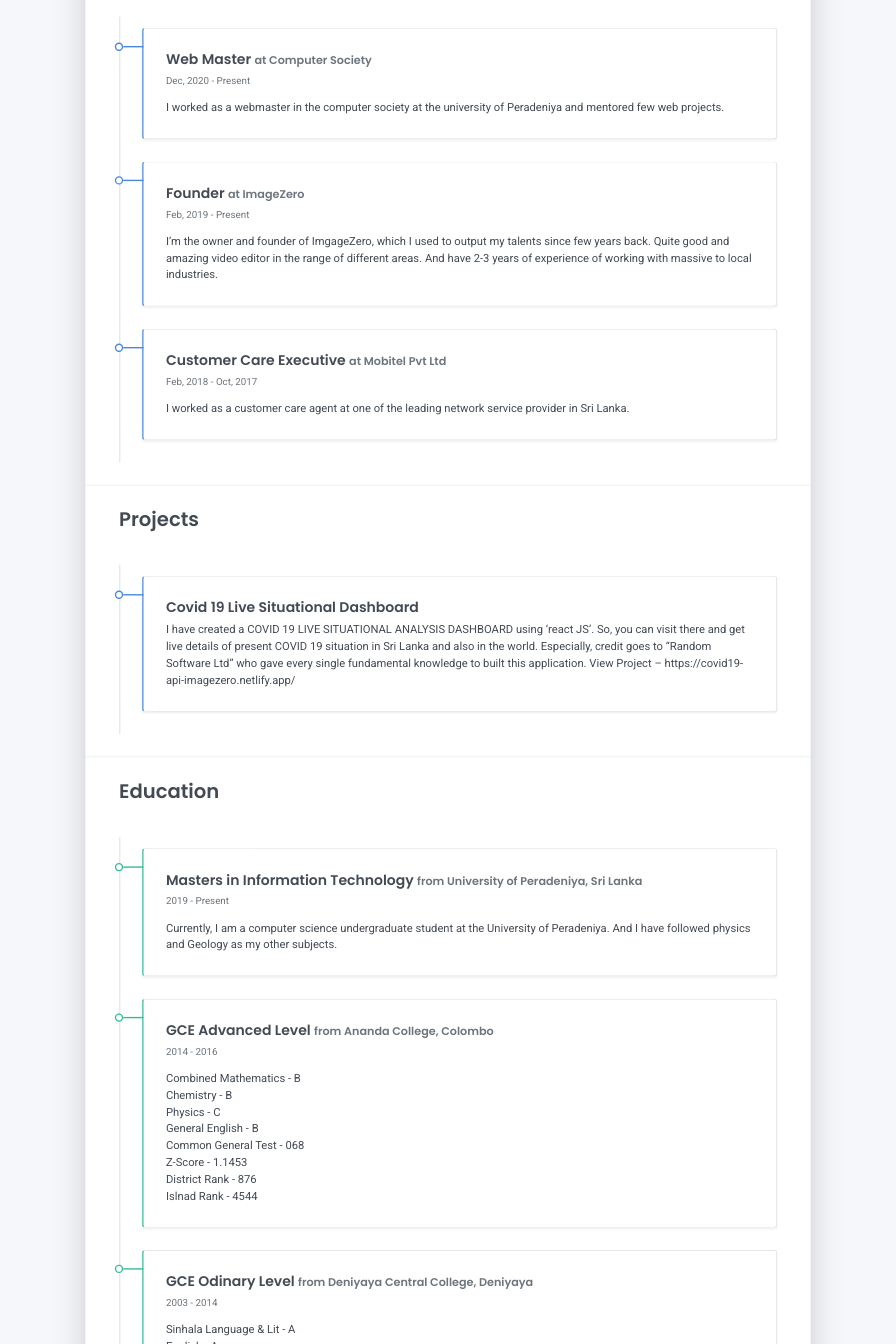
Repository: virangaj/resume
Page: index.html
The author's editor kept a copy of each file at every save. The page is drawn from the files as they stood at one save, then again after the next save.
The browser window is 1280 px wide. The pictures show the part of the page from y = 1294 to 3214 px (the page is 4281 px tall), at 70% of full size.

Above is the page before, as saved 2021-08-31 19:58:19.

After the next save:
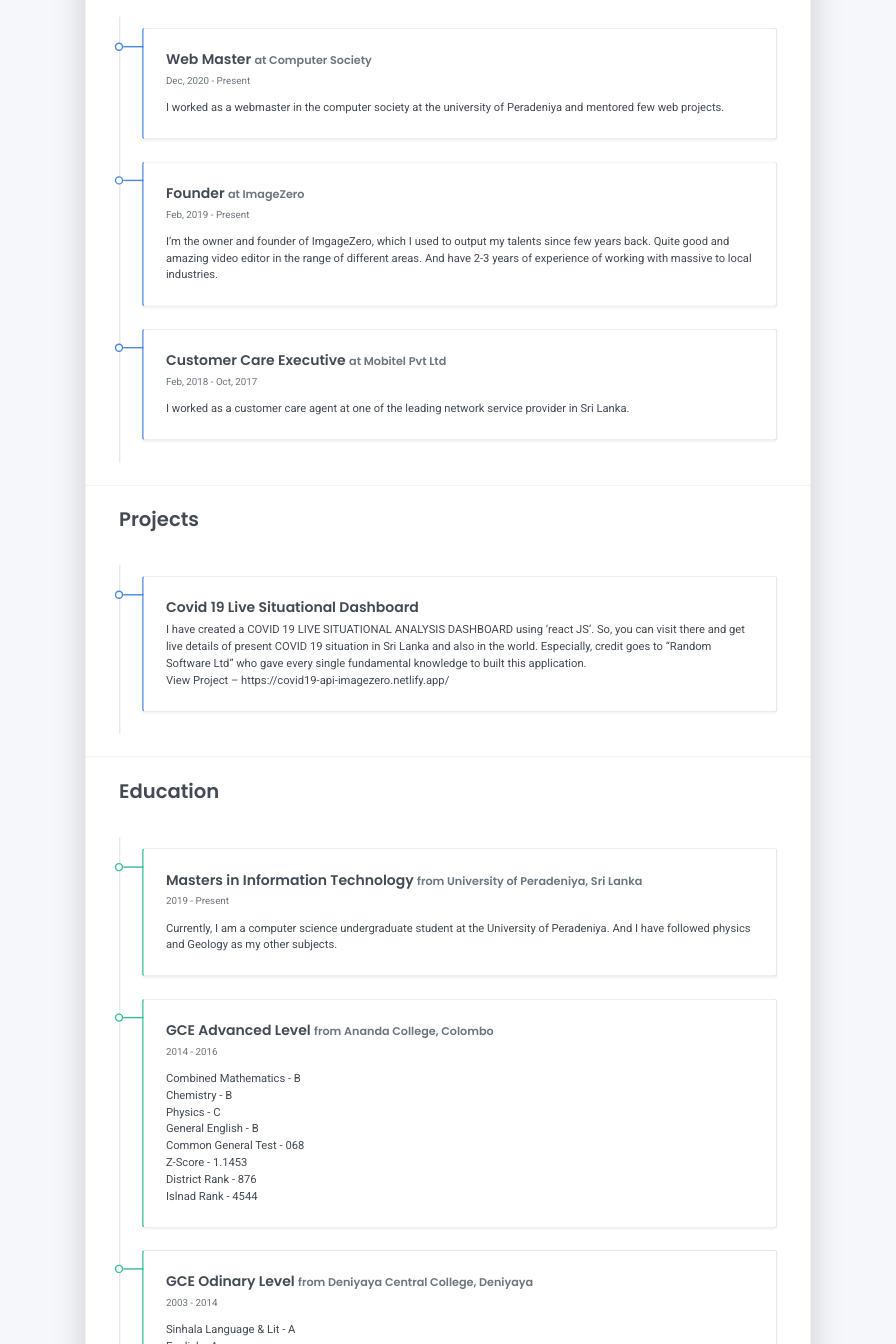
Saved 35 s later.
--- a/index.html
+++ b/index.html
@@ -438,8 +438,8 @@
 										live details of present COVID 19 situation in Sri Lanka and
 										also in the world. Especially, credit goes to “Random
 										Software Ltd” who gave every single fundamental knowledge to
-										built this application. View Project –
-										https://covid19-api-imagezero.netlify.app/
+										built this application.<br />
+										View Project – https://covid19-api-imagezero.netlify.app/
 									</div>
 								</div>
 							</div>
